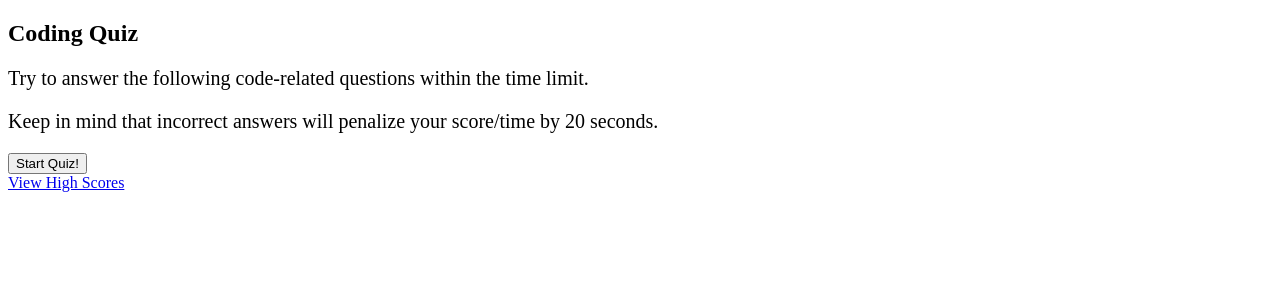
Repository: ziffoit/Code-Quiz
Page: index.html
The author's editor kept a copy of each file at every save. The page is drawn from the files as they stood at one save, then again after the next save.
The browser window is 1280 px wide. The pictures show the whole page.

Above is the page before, as saved 2021-03-14 11:36:27.

After the next save:
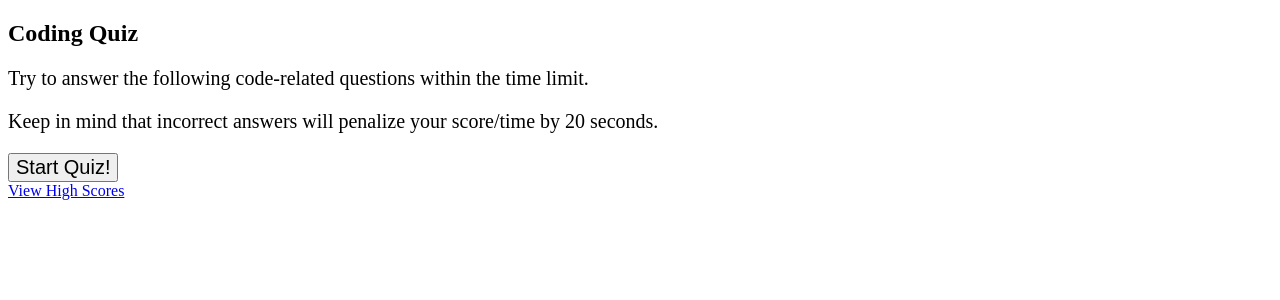
Saved 67 s later.
--- a/Assets/style.css
+++ b/Assets/style.css
@@ -1,4 +1,8 @@
 p {
+  font-size: 20px;
+}
+
+button {
   font-size: 20px;
 }
 
